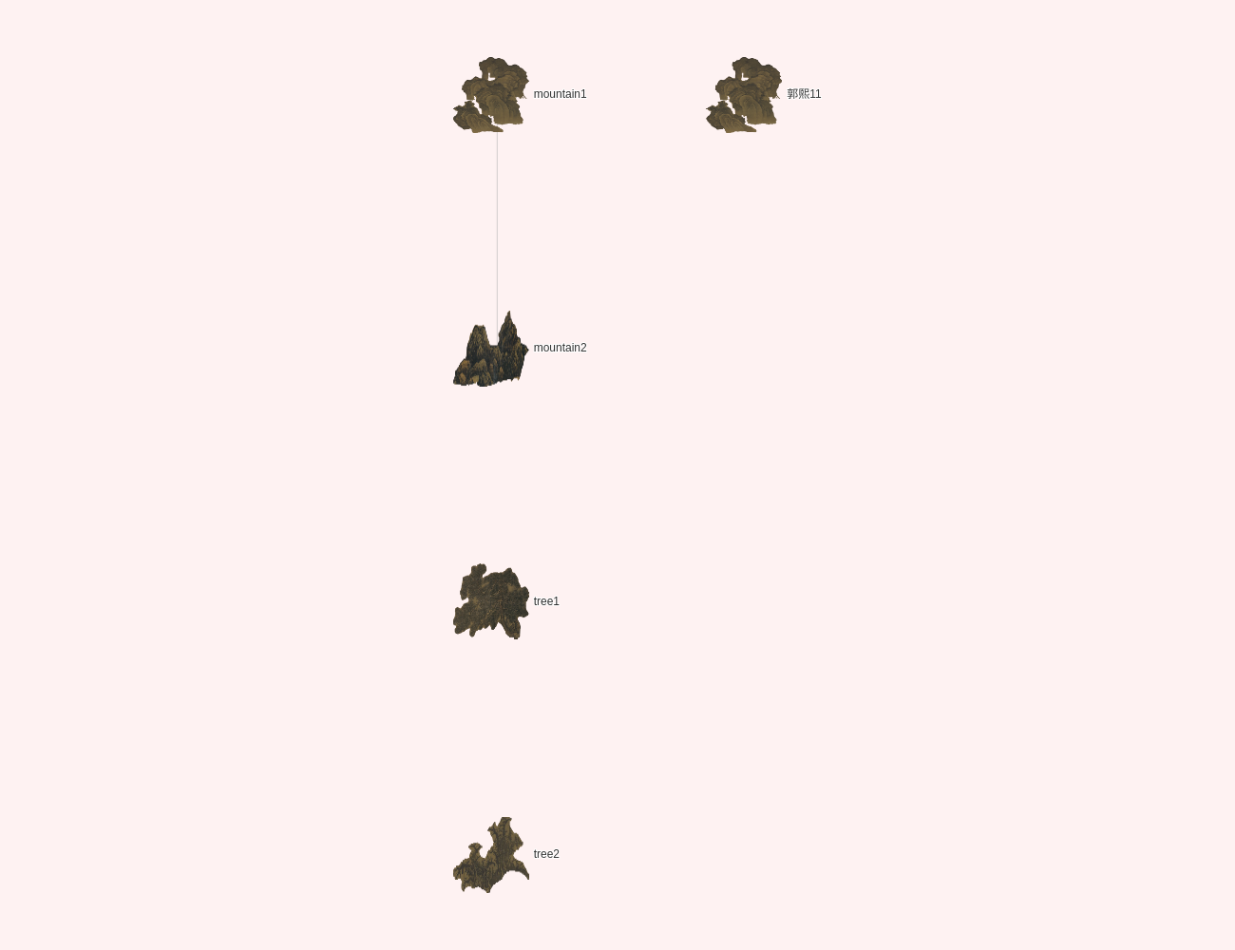
Repository: gaosth/Eyesee
Page: /link
An editor plug-in stored every save of this project. The page is shown before and after the next save, followed by the edit.
The browser window is 1280 px wide. The page is 1300 px wide, so the pictures cover 1300 px, including what lies to the right of the window. The pictures show the whole page, at 95% of full size.
The project was rebuilt for these pictures with package versions that can differ from the ones it lists, and the page was loaded fresh each time. Also part of the build but not shown: vite.config.js, src/components/WelcomeItem.vue, src/components/icons/IconDocumentation.vue, src/components/icons/IconTooling.vue, src/components/icons/IconEcosystem.vue, src/components/icons/IconCommunity.vue, src/components/icons/IconSupport.vue, src/components/TheWelcome.vue and 16 more.

Above is the page before, as saved 2024-03-19 15:44:15.

After the next save:
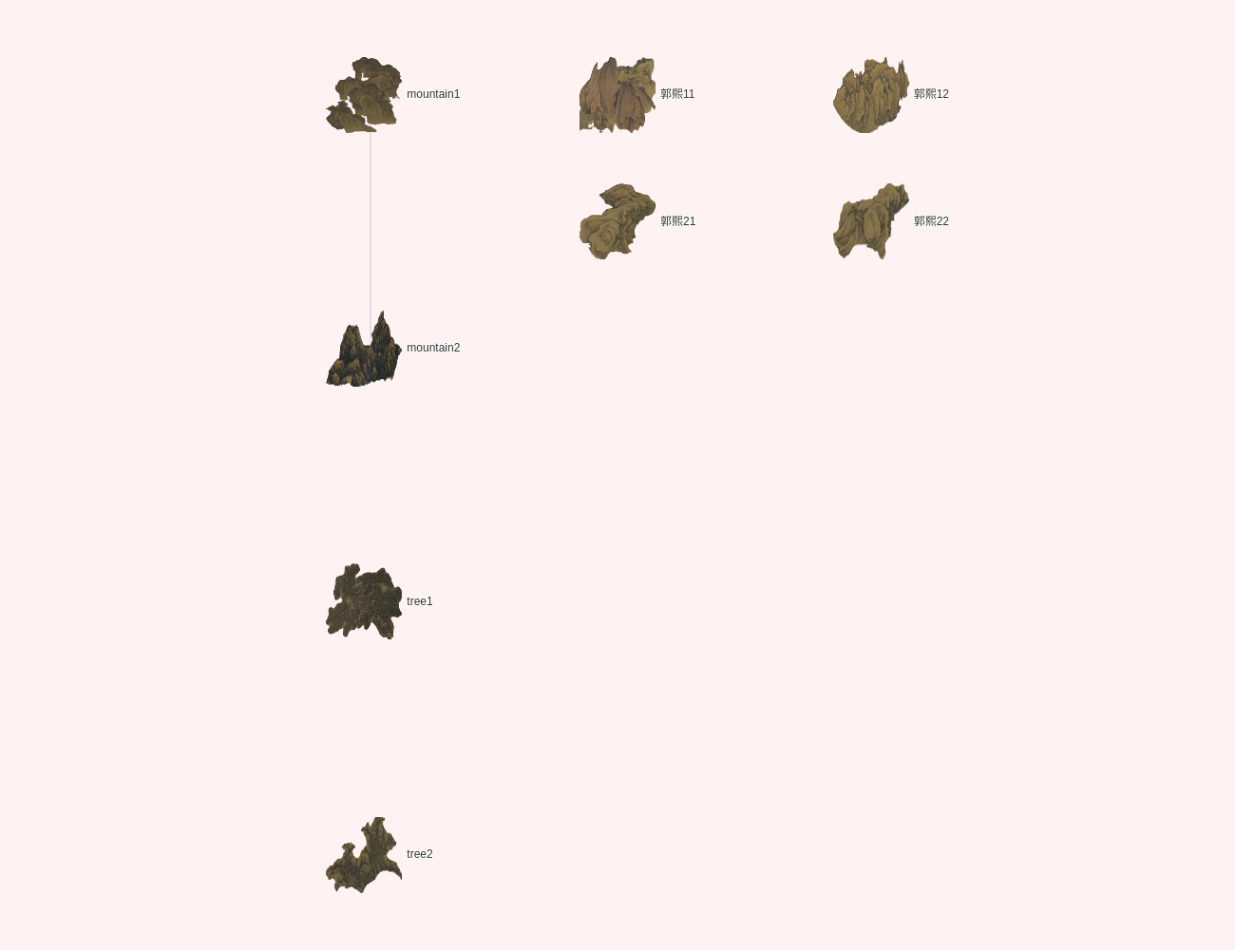
Saved 111 s later.
--- a/src/components/imgLink.vue
+++ b/src/components/imgLink.vue
@@ -65,7 +65,43 @@
                 id: '01',
                 name: '郭熙11',
                 symbolSize: 80,
-                symbol: 'image://' + mt1,
+                symbol: 'image://' + mt1_n1,
+                x: 120,
+                y: 100
+
+            },
+            {
+                id: '02',
+                name: '郭熙12',
+                symbolSize: 80,
+                symbol: 'image://' + mt1_n2,
+                x: 140,
+                y: 100
+
+            },
+            {
+                id: '03',
+                name: '郭熙21',
+                symbolSize: 80,
+                symbol: 'image://' + mt1_n3,
+                x: 120,
+                y: 110
+
+            },
+            {
+                id: '04',
+                name: '郭熙22',
+                symbolSize: 80,
+                symbol: 'image://' + mt1_n4,
+                x: 140,
+                y: 110
+
+            },
+            {
+                id: '05',
+                name: '郭熙31',
+                symbolSize: 80,
+                symbol: 'image://' + mt1_n5,
                 x: 120,
                 y: 100
 
